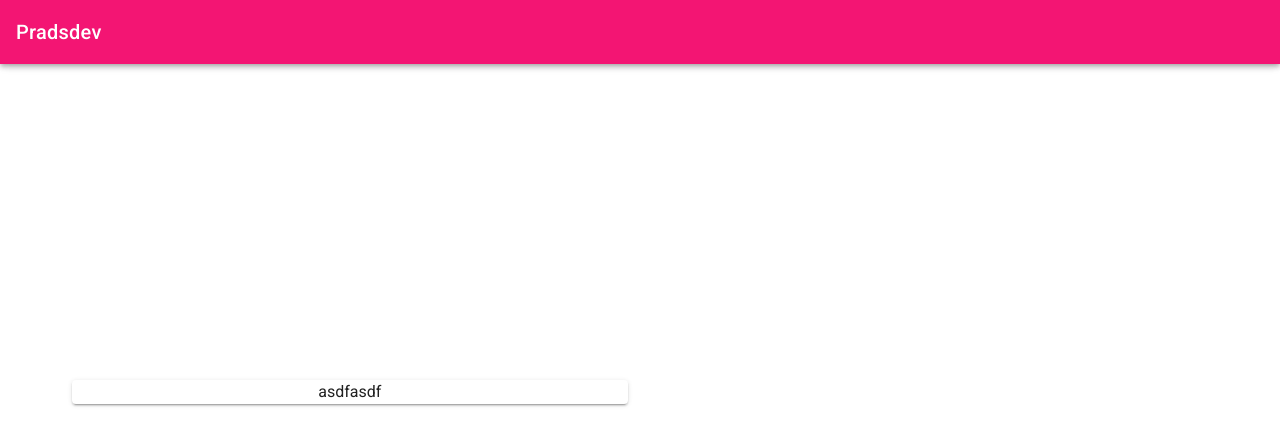
Repository: pradsdev/vue-form-validate
Page: /
The author's editor kept a copy of each file at every save. The page is drawn from the files as they stood at one save, then again after the next save.
The browser window is 1280 px wide. The pictures show the whole page.
The project was rebuilt for these pictures with package versions that can differ from the ones it lists, and the page was loaded fresh each time. Also part of the build but not shown: vue.config.js.

Above is the page before, as saved 2020-12-21 22:46:45.

After the next save:
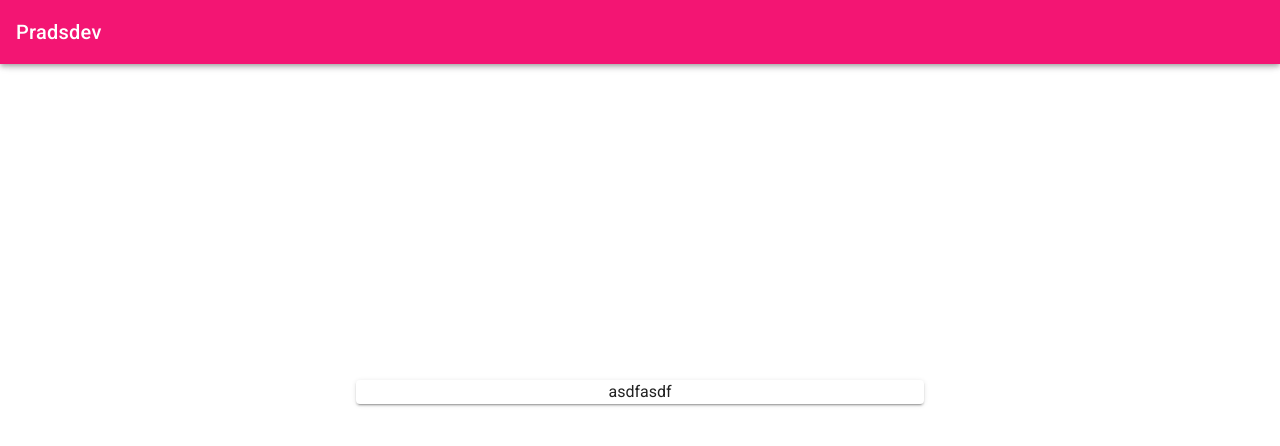
Saved 54 s later.
--- a/src/components/HelloWorld.vue
+++ b/src/components/HelloWorld.vue
@@ -1,6 +1,6 @@
 <template>
   <v-container fill-height>
-    <v-row class="text-center" style="margin:0 auto">
+    <v-row class="text-center justify-center">
       <v-col cols="6">
         <v-card>
           asdfasdf
